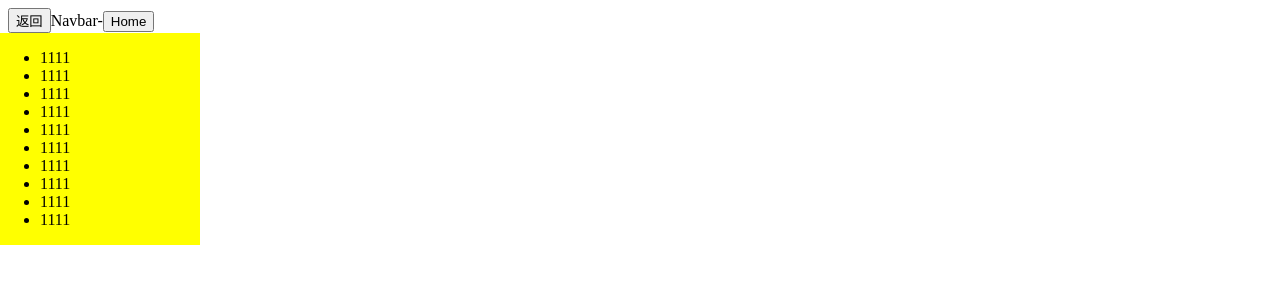
Repository: zenghao518518/React
Page: /
These files come from the project's save history. The page is drawn as it stood at one moment and after the next save; the edit follows.
The browser window is 1280 px wide. The pictures show the whole page.
The project was rebuilt for these pictures with package versions that can differ from the ones it lists, and the page was loaded fresh each time.

Above is the page before, as saved 2023-07-25 18:09:47.

### src/index.js
import React from 'react';
//import ReactDOM from 'react-dom';
import ReactDOM from 'react-dom/client'
//import './01-base/01-class组件'
//ReactDOM.render(<div>111111</div>,document.getElementById('root'))                    //);
//import App from './01-base/01-class组件'
//import App from './01-base/02-函数式组件'
//import App from './01-base/03-组件的嵌套'
//import App from './01-base/04-组件的样式'
//import App from './01-base/05-事件绑定-1'
//import App from './01-base/06-事件绑定-2'
//import App from './01-base/07-ref'
//import App from './01-base/08-state'
//import App from './01-base/09-数组渲染'
//import App from './01-base/10-todolist'
//import App from './01-base/12-卖座选项卡'
//import App from './01-base/13-setState同步异步'
//import App from './01-base/14-betterScroll'
//import App from './01-base/15-betterscroll-cinema'
//import App from './01-base/16-prop'
import App from './01-base/17-props函数式组件'
//import App from './01-base/19-非受控'
//import App from './01-base/20-受控'
let root = ReactDOM.createRoot(document.getElementById('root'));
//root.render(<div>111111</div>);
root.render(<React.StrictMode><App></App></React.StrictMode>);
//root.render(<App></App>);

### src/01-base/17-props函数式组件.js
import React, { Component } from 'react'
import Navbar from './Navbar'
import Sidebar from './Sidebar'
export default class App extends Component {
  render() {
    return (
      <div>
          {/* 类组件 */}
          <Navbar></Navbar>
          {/* 函数式组件 */}
          <Sidebar bg="yellow" position="left"></Sidebar>
      </div>
    )
  }
}

### src/01-base/Navbar/index.js
import React, { Component } from "react";
import zenghaoProp from "prop-types";
console.log(zenghaoProp);
export default class Navbar extends Component {
  state = {
    //只能内部自己用的，外面无法改变
  };
  //类属性
  static propTypes = {
    title: zenghaoProp.string,
    leftshow: zenghaoProp.bool,
  };
  //默认值
  static defaultProps = {
    leftshow: true,
  };

  render() {
    console.log(this.props);
    let { title, leftshow } = this.props;

    return (
      <div>
        {leftshow && <button>返回</button>}
        Navbar-{title}
        <button>Home</button>
      </div>
    );
  }
}

### src/01-base/Sidebar/index.js
import React from "react";

export default function Sidebar(props) {
  console.log(props);
  let { bg, postion } = props;
  console.log(postion);

  var obj1 ={
    left:0
  }

  var obj2 ={
    right:0
  }
  return (
    <div
      style={{
        background: bg,
        width: "200px",
        position: "fixed",
        left:0,
        right:0
      }}
    >
      <ul>
        <li>1111</li>
        <li>1111</li>
        <li>1111</li>
        <li>1111</li>
        <li>1111</li>
        <li>1111</li>
        <li>1111</li>
        <li>1111</li>
        <li>1111</li>
        <li>1111</li>
      </ul>
    </div>
  );
}

Loaded but not shown: public/index.html (common file)

After the next save:
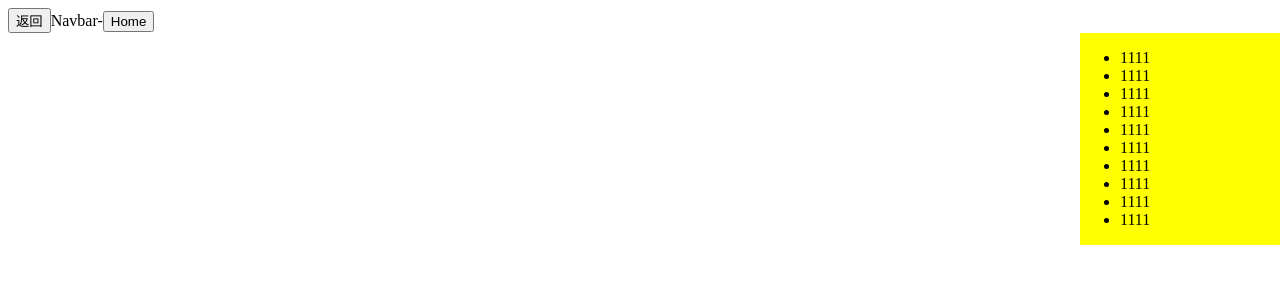
Saved 9 min 0 s later.
--- a/src/01-base/Sidebar/index.js
+++ b/src/01-base/Sidebar/index.js
@@ -12,15 +12,19 @@
   var obj2 ={
     right:0
   }
+
+  var obj={
+    background: bg,
+    width: "200px",
+    position: "fixed",
+
+  }
+
+  var styleobj = postion==="left"?{...obj,...obj1}:{...obj,...obj2}
+
   return (
     <div
-      style={{
-        background: bg,
-        width: "200px",
-        position: "fixed",
-        left:0,
-        right:0
-      }}
+      style={styleobj}
     >
       <ul>
         <li>1111</li>

After the 4 saves that followed:
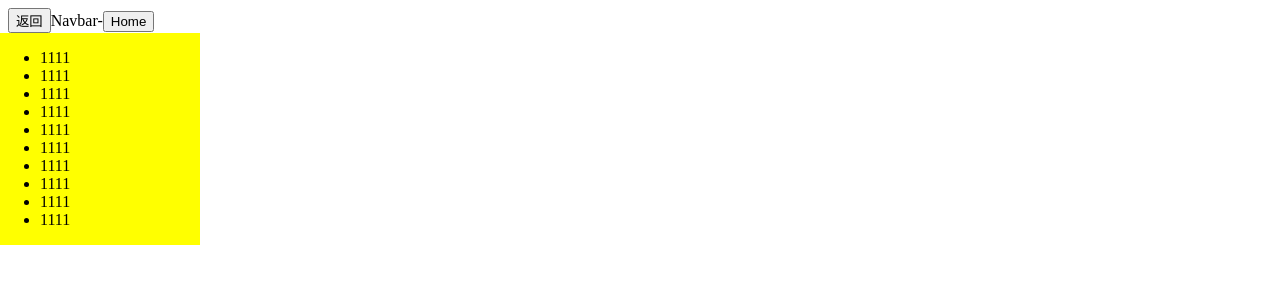
The 4 saves are shown as one change because 3 left the picture as it was.
The last was saved 5 min 32 s later.
--- a/src/01-base/Sidebar/index.js
+++ b/src/01-base/Sidebar/index.js
@@ -2,8 +2,8 @@
 
 export default function Sidebar(props) {
   console.log(props);
-  let { bg, postion } = props;
-  console.log(postion);
+  let { bg, position } = props;
+  console.log(position);
 
   var obj1 ={
     left:0
@@ -20,7 +20,7 @@
 
   }
 
-  var styleobj = postion==="left"?{...obj,...obj1}:{...obj,...obj2}
+  var styleobj = (position==="left")?{...obj,...obj1}:{...obj,...obj2}
 
   return (
     <div
